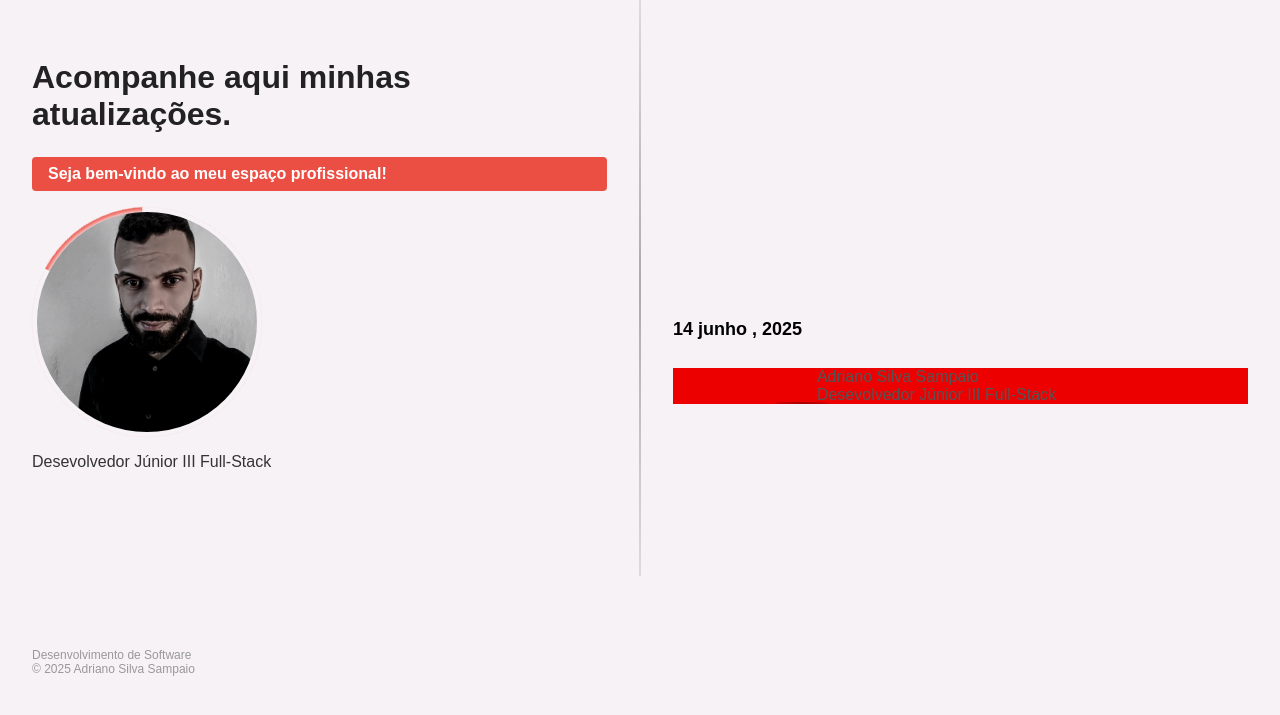
Repository: umdevadriano/portifolio2025
Page: /
The author's editor kept a copy of each file at every save. The page is drawn from the files as they stood at one save, then again after the next save.
The browser window is 1280 px wide. The pictures show the whole page.
The project was rebuilt for these pictures with package versions that can differ from the ones it lists, and the page was loaded fresh each time. Also part of the build but not shown: vite.config.ts.

Above is the page before, as saved 2025-06-19 17:31:29.

### index.html
<!doctype html>
<html lang="en">
  <head>
    <meta charset="UTF-8" />
    <!-- <link rel="icon" type="image/svg+xml" href="/vite.svg" /> -->
    <meta name="viewport" content="width=device-width, initial-scale=1.0" />
    <title>Adriano Silva Sampaio </title>
  </head>
  <body>
    <div id="root"></div>
    <script type="module" src="/src/main.tsx"></script>
  </body>
</html>

### src/App.tsx
import './App.css'
import ContainerPrincipal from './componentes/containerPrincipal/ContainerPrincipal'
function App() {
  return (
    <>
      <ContainerPrincipal/>
    </>
  )
}

export default App

### src/componentes/containerPrincipal/ContainerPrincipal.tsx
import styled, { createGlobalStyle } from 'styled-components';
import Cabecalho from '../Body/Body';
function ContainerPrincipal() {
  const GlobalStyle = createGlobalStyle`
    *, *::before, *::after {
    box-sizing: border-box;
  }

    html, body {
      margin: 0;
      padding: 0;
      overflow-x: hidden;
      width: 100%;
    }
  `;

  const Principal = styled.div`
    display: flex;
    justify-content: center;
    width: 100%;
    height: 100vh;
    background-color: #f7f2f6;
    box-shadow: 0 4px 12px rgba(0, 0, 0, 0.1);
    font-family: 'Arial', sans-serif;
    overflow: hidden;
    margin: 0;
    padding: 0;
  `;
  return (
    <>
      <GlobalStyle />
      <Principal>
        <Cabecalho/>
      </Principal>
    </>
  )
}
export default ContainerPrincipal

### src/componentes/Body/Body.tsx
import Principal from '../Principal/Principal';
import Title from '../Title/Title';
import Banner from '../Banner/Banner';
import ProfileWrapper from '../ProfileWrapper/ProfileWrapper';
import SpinnerBorder from '../SpinnerBorder/SpinnerBorder';
import Profile from '../Profile/Profile';
import Role from '../Role/Role';
import Footer from '../Footer/Footer';
import Divider from '../Divider/Divider';
import RightSide from '../RightSide/RightSide';
import DateComponente from '../DateComponente/DateComponente';
import Description from '../Description/Description';
const data = new Date();
const dia = String(data.getDate()).padStart(2, '0');
const mes = data.toLocaleString('pt-BR', { month: 'long' });
const ano = data.getFullYear();

function Cabecalho() {
  return (
    <>
      <Principal>
        <Title>Acompanhe aqui minhas atualizações.</Title>
        <Banner>Seja bem-vindo ao meu espaço profissional!</Banner>
        <ProfileWrapper>
          <SpinnerBorder/>
          <Profile/>
        </ProfileWrapper>
        <Role> Desevolvedor Júnior III Full-Stack </Role>
        <Footer>Desenvolvimento de Software<br />© {ano} Adriano Silva Sampaio</Footer>
      </Principal>
      <Divider />
      <RightSide>
        <DateComponente>{dia}  {mes} , {ano} </DateComponente>
        <Description>
          Adriano Silva Sampaio<br />
          Desevolvedor Júnior III Full-Stack
        </Description>
      </RightSide>
    </>
  )
}
export default Cabecalho

### src/componentes/Principal/Principal.tsx
import styled from 'styled-components';

type Props = {
  children: React.ReactNode;
};

function Principal({ children }: Props){

    const Principal_div = styled.div`
        flex: 1;
        padding: 32px;
        display: flex;
        flex-direction: column;
        justify-content: center;
    `;
    return (
        <>
        <Principal_div>  {children}</Principal_div>
        </>
    )
}

export default Principal

### src/componentes/Title/Title.tsx
import styled from 'styled-components';

type Props = {
  children: React.ReactNode;
};

function Title({ children }: Props){

    const TitleH2 = styled.h2`
        font-size: 32px;
        margin-bottom: 24px;
        color: #222;
  `;
    return (
        <>
        <TitleH2>{children}</TitleH2>
        </>
    )
}

export default Title

### src/componentes/Banner/Banner.tsx
import styled from 'styled-components';

type Props = {
  children: React.ReactNode;
};

function Banner({ children }: Props){

    const BannerDiv = styled.div`
        background-color: #eb4f44;
        color: white;
        padding: 8px 16px;
        font-weight: bold;
        font-size: 16px;
        display: inline-block;
        border-radius: 4px;
    `;
    return (
        <>
        <BannerDiv>{children}</BannerDiv>
        </>
    )
}

export default Banner

### src/componentes/ProfileWrapper/ProfileWrapper.tsx
import styled from 'styled-components';

type Props = {
  children: React.ReactNode;
};

function ProfileWrapper({ children }: Props){

  // Wrapper da imagem com efeito de borda girando
  const ProfileWrapperDiv = styled.div`
    position: relative;
    width: 230px;
    height: 230px;
    display: flex;
    align-items: center;
    margin-top:1rem;
    justify-content: center;
  `;

    return (
        <>
        <ProfileWrapperDiv>{children}</ProfileWrapperDiv>
        </>
    )
}

export default ProfileWrapper

### src/componentes/SpinnerBorder/SpinnerBorder.tsx
import styled, { keyframes } from 'styled-components';

function SpinnerBorder(){
    const rotate = keyframes`
        0% {
            transform: rotate(0deg);
        }
        100% {
            transform: rotate(360deg);
        }
    `;

    // Wrapper da imagem com efeito de borda girando
    const SpinnerBorderDiv = styled.div`
        position: absolute;
        width: 230px;
        height: 230px;
        border-radius: 50%;
        animation: ${rotate} 3s linear infinite;
        pointer-events: none;

        background: conic-gradient(
        #eb4f44 0deg 60deg,
        transparent 60deg 360deg
        );

        mask: radial-gradient(transparent 108px, #000 115px);
        -webkit-mask: radial-gradient(transparent 108px, #000 115px);

        box-shadow: 0 0 6px rgba(235, 79, 68, 0.5);
    `;
    return (
        <>
        <SpinnerBorderDiv></SpinnerBorderDiv>
        </>
    )
}

export default SpinnerBorder

### src/componentes/Profile/Profile.tsx
import styled from 'styled-components';
import foto from '../assets/foto2.png'

function Profile(){

    const ProfileImg = styled.img`
        width: 220px;
        height: 220px;
        border-radius: 50%;
        object-fit: cover;
        background-color: white;
        z-index: 1;
        filter: grayscale(60%) contrast(110%);
    `;

    return (
        <>
        <ProfileImg src={foto} alt="Foto de perfil"></ProfileImg>
        </>
    )
}

export default Profile

### src/componentes/Role/Role.tsx
import styled from 'styled-components';

type Props = {
  children: React.ReactNode;
};

function Role({ children }: Props){
    const RoleP = styled.p`
        font-size: 16px;
        font-weight: 500;
        color: #333;
    `;
    return (
        <>
        <RoleP>{children}</RoleP>
        </>
    )
}
export default Role

### src/componentes/Footer/Footer.tsx
import styled from 'styled-components';

type Props = {
  children: React.ReactNode;
};

function Footer({ children }: Props){

    const FooterP = styled.p`
        font-size: 12px;
        color: #999;
        margin-top: auto;
    `;
    return (
        <>
        <FooterP>{children}</FooterP>
        </>
    )
}

export default Footer

### src/componentes/Divider/Divider.tsx
import styled from 'styled-components';

function Divider(){

    const DividerDiv = styled.div`
        width: 2px;
        height: 80%;
        background: linear-gradient(
            to bottom,
            rgba(0, 0, 0, 0.1),
            rgba(0, 0, 0, 0.3),
            rgba(0, 0, 0, 0.1)
        );
        border-radius: 1px;
        position: relative;
        overflow: hidden;
        &::after {
            content: "";
            position: absolute;
            top: 0;
            left: 0;
            width: 100%;
            height: 100%;
            background: linear-gradient(
                to bottom,
                transparent 40%,
                rgba(255, 255, 255, 0.7) 50%,
                transparent 60%
            );
                animation: shine 3.8s linear infinite;
                pointer-events: none;
         }

        @keyframes shine {
            0% {
            transform: translateY(-100%);
            }
            100% {
            transform: translateY(100%);
            }
        }
    `;
    return (
        <>
        <DividerDiv></DividerDiv>
        </>
    )
}

export default Divider

### src/componentes/RightSide/RightSide.tsx
import styled from 'styled-components';
type Props = {
  children: React.ReactNode;
};

function RightSide({ children }: Props){
    const RightSideDiv = styled.div`
        flex: 1;
        padding: 32px;
        display: flex;
        flex-direction: column;
        justify-content: center;
    `;

    return (
        <>
        <RightSideDiv>{children}</RightSideDiv>
        </>
    )
}

export default RightSide

### src/componentes/DateComponente/DateComponente.tsx
import styled from 'styled-components';
type Props = {
  children: React.ReactNode;
};
function Date({ children }: Props){
    const DateP = styled.p`
        font-size: 18px;
        font-weight: bold;
        margin-bottom: 12px;
    `;
    return (
        <>
        <DateP>{children}</DateP>
        </>
    )
}
export default Date

### src/componentes/Description/Description.tsx
import styled from 'styled-components';
type Props = {
  children: React.ReactNode;
};
function Description({ children }: Props){
const DescriptionP = styled.p`
  font-size: 16px;
  color: #555;
  position: relative;
  background-color: #ed0000;
  display: flex;
  padding-right: 3rem;
  justify-content: center;
  align-items: center;

  &::after {
    content: "";
    position: absolute;
    left: 0;
    bottom: 0;
    width: 100%;
    height: 2px;
    border-radius: 1px;
    overflow: hidden;
  }

  &::before {
    content: "";
    position: absolute;
    left: 0;
    bottom: 0;
    width: 9%;
    height: 2px;
       background: linear-gradient(
      to right,
      rgba(0, 0, 0, 0.1),
      rgba(0, 0, 0, 0.3),
      rgba(0, 0, 0, 0.1)
    );
    animation: shine 5.5s linear infinite alternate;
    border-radius: 1px;
    pointer-events: none;
  }

  @keyframes shine {
    0% {
      transform: translateX(-10%);
    }
    100% {
      transform: translateX(200%);
    }
  }
`;
    return (
        <>
        <DescriptionP>{children}</DescriptionP>
        </>
    )
}
export default Description

Loaded but not shown: src/main.tsx (common file); src/App.css (no stored copy; drawn as an empty file); src/index.css (no stored copy; drawn as an empty file)

After the next save:
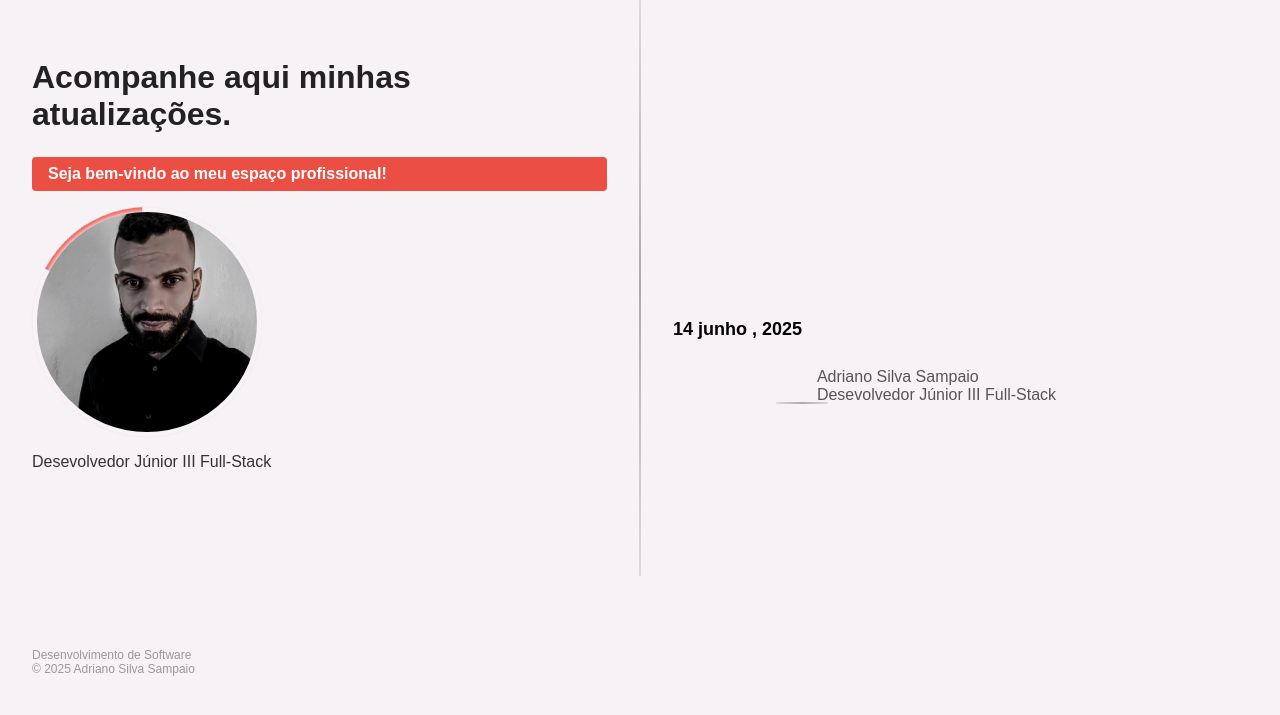
Saved 31 s later.
--- a/src/componentes/Description/Description.tsx
+++ b/src/componentes/Description/Description.tsx
@@ -7,7 +7,6 @@ const DescriptionP = styled.p`
   font-size: 16px;
   color: #555;
   position: relative;
-  background-color: #ed0000;
   display: flex;
   padding-right: 3rem;
   justify-content: center;
